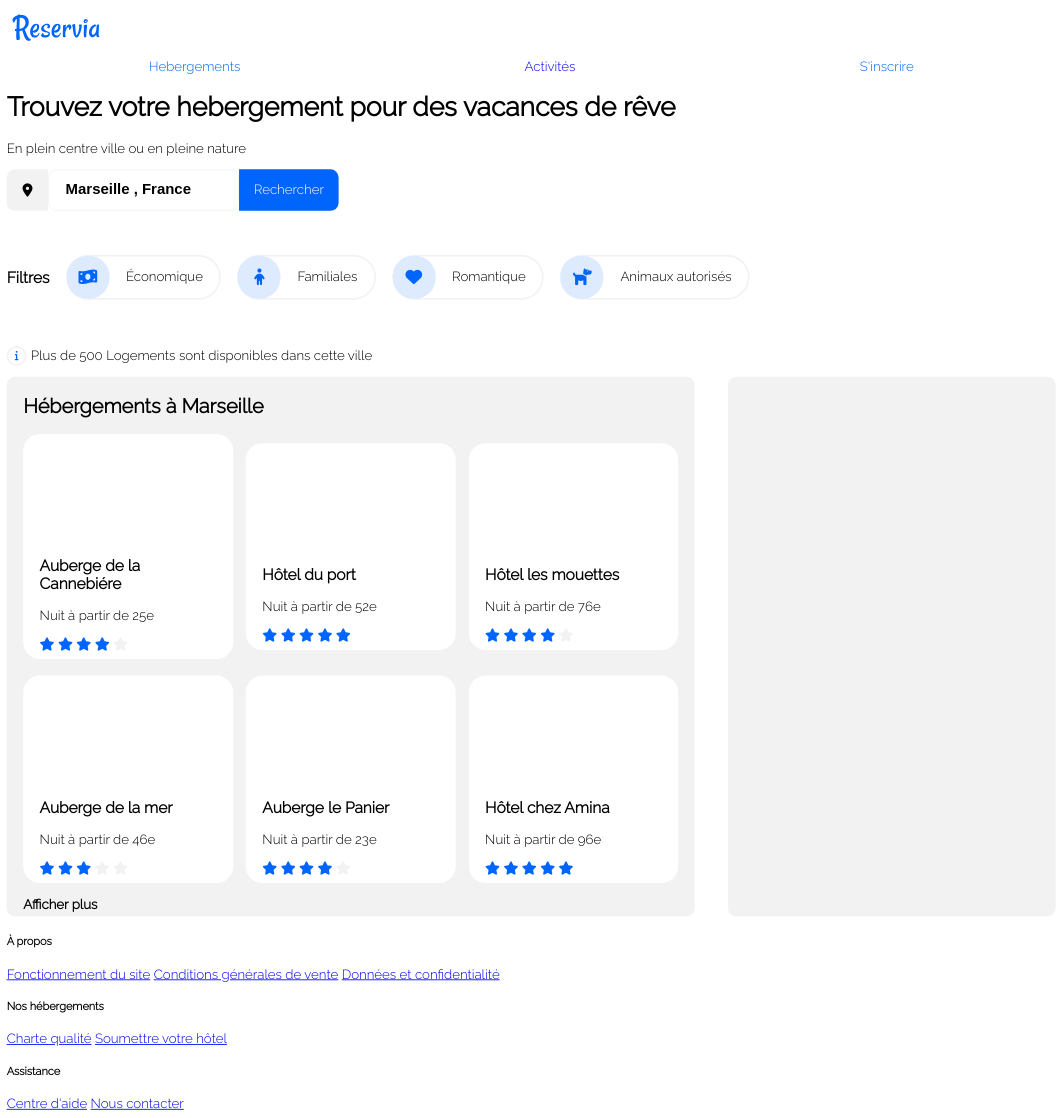
Repository: jaydeeonghub/DYLANBARBARISI_2_16062021
Page: index.html
The author's editor kept a copy of each file at every save. The page is drawn from the files as they stood at one save, then again after the next save.
The browser window is 1280 px wide. The pictures show the whole page, at 83% of full size.
Some web libraries are served in a nearby version.

Above is the page before, as saved 2021-07-14 18:38:26.
Not found: img/hebergements/4_small/annie-spratt-Eg1qcIitAuA-unsplash.jpg
Not found: img/hebergements/4_small/febrian-zakaria-M6S1WvfW68A-unsplash.jpg
Not found: img/hebergements/4_small/fred-kleber-gTbaxaVLvsg-unsplash.jpg

After the next save:
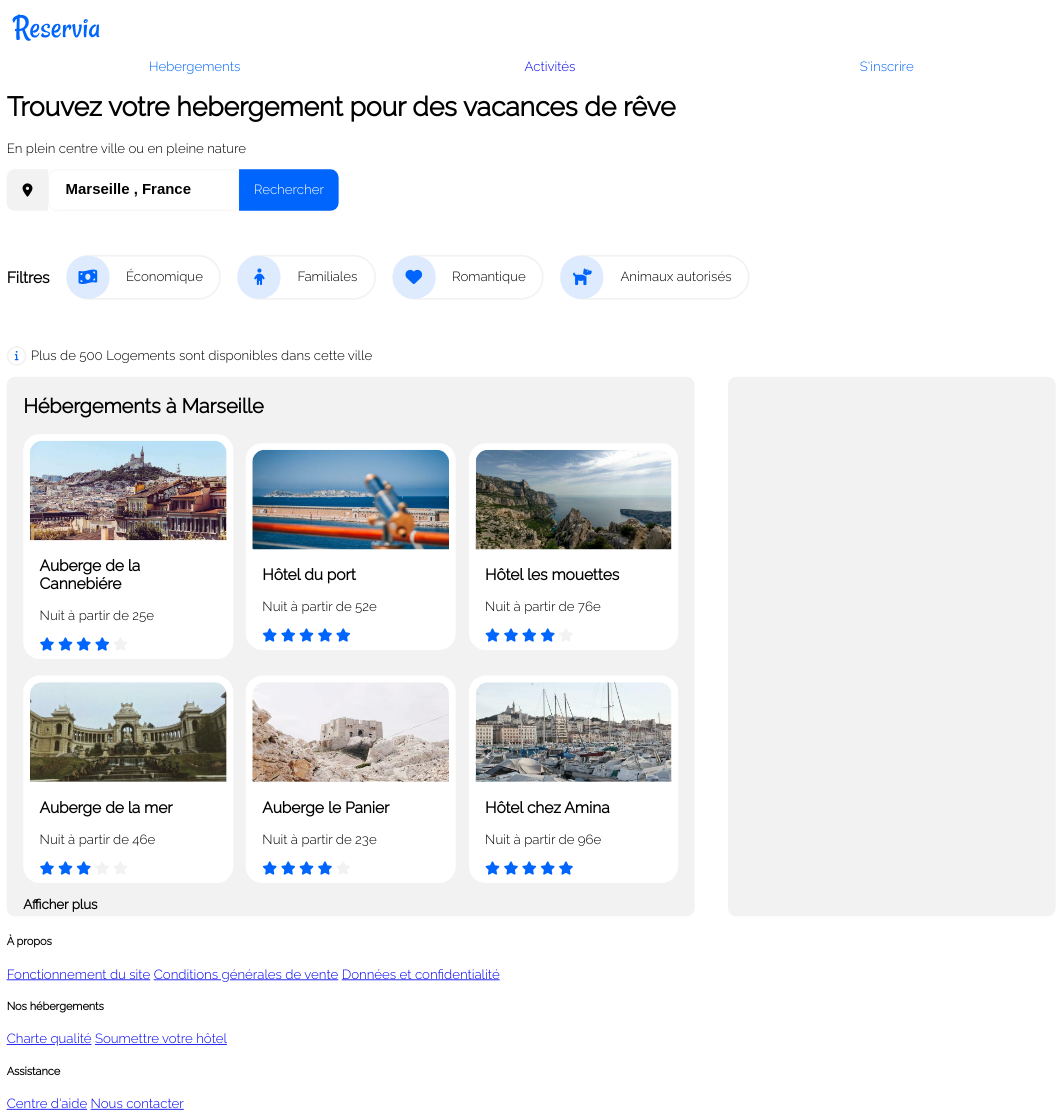
Saved 2 min 51 s later.
--- a/Styles.css
+++ b/Styles.css
@@ -214,7 +214,7 @@ body {
   width: 90%;
 }
 .imgHebergements1 {
-  background-image: url("./img/hebergements/4_small/marcus-loke-WQJvWU_HZFo-unsplash.jpg");
+  background-image: url("./Assets/Images/4_small/florian-wehde-xW9e8gdotxI-unsplash.jpg");
   background-size: cover;
   background-position: center;
   width: 100%;
@@ -222,7 +222,7 @@ body {
   border-radius: 15px 15px 0 0;
 }
 .imgHebergements2 {
-  background-image: url("./img/hebergements/4_small/fred-kleber-gTbaxaVLvsg-unsplash.jpg");
+  background-image: url("./Assets/Images/4_small/kevin-hikari-rV_Qd1l-VXg-unsplash.jpg");
   background-size: cover;
   background-position: center;
   width: 100%;
@@ -230,7 +230,7 @@ body {
   border-radius: 15px 15px 0 0;
 }
 .imgHebergements3 {
-  background-image: url("./img/hebergements/4_small/reisetopia-B8WIgxA_PFU-unsplash.jpg");
+  background-image: url("./Assets/Images/4_small/kilyan-sockalingum-NR8-cBCN3aI-unsplash.jpg");
   background-size: cover;
   background-position: center;
   width: 100%;
@@ -238,7 +238,7 @@ body {
   border-radius: 15px 15px 0 0;
 }
 .imgHebergements4 {
-  background-image: url("./img/hebergements/4_small/annie-spratt-Eg1qcIitAuA-unsplash.jpg");
+  background-image: url("./Assets/Images/4_small/lena-paulin-wH2-EJoDcV0-unsplash.jpg");
   background-size: cover;
   background-position: center;
   width: 100%;
@@ -246,7 +246,7 @@ body {
   border-radius: 15px 15px 0 0;
 }
 .imgHebergements5 {
-  background-image: url("./img/hebergements/4_small/nicate-lee-kT-ZyaiwBe0-unsplash.jpg");
+  background-image: url("./Assets/Images/4_small/paul-hermann-QFTrLdQIRhI-unsplash.jpg");
   background-size: cover;
   background-position: center;
   width: 100%;
@@ -254,10 +254,10 @@ body {
   border-radius: 15px 15px 0 0;
 }
 .imgHebergements6 {
-  background-image: url("./img/hebergements/4_small/febrian-zakaria-M6S1WvfW68A-unsplash.jpg");
-  background-size: cover;
-  background-position: center;
-  width: 100%;
-  height: 120px;
-  border-radius: 15px 15px 0 0;
-}
+  background-image: url("./Assets/Images/4_small/reno-laithienne-QUgJhdY5Fyk-unsplash.jpg");
+  background-size: cover;
+  background-position: center;
+  width: 100%;
+  height: 120px;
+  border-radius: 15px 15px 0 0;
+}
